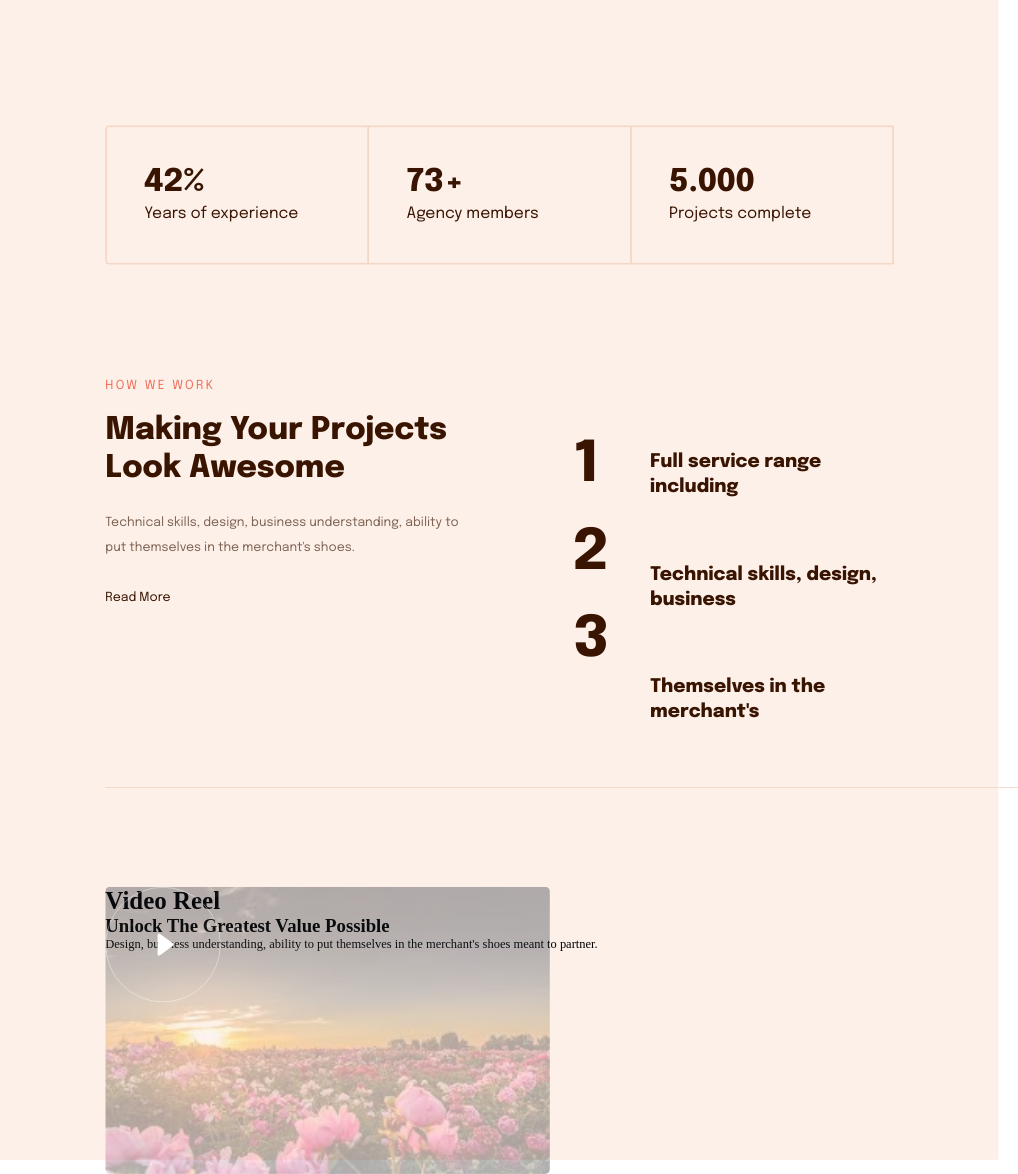
Repository: AytacJafarova/task2
Page: index.html
An editor plug-in stored every save of this project. The page is shown before and after the next save, followed by the edit.
The browser window is 1280 px wide. The page is 1305 px wide, so the pictures cover 1305 px, including what lies to the right of the window. The pictures show the whole page, at 78% of full size.

Above is the page before, as saved 2023-08-01 14:04:51.

After the next save:
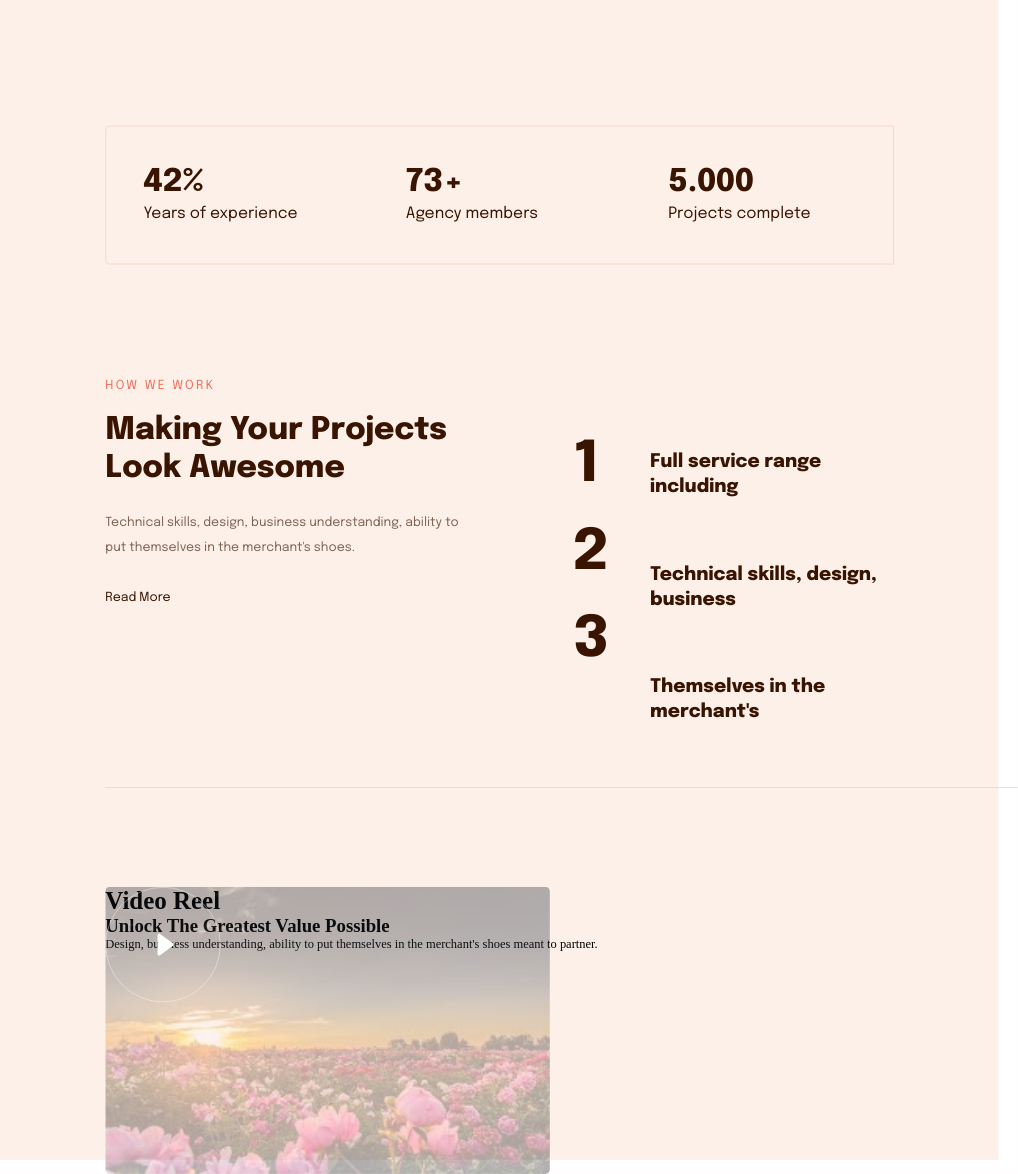
Saved 24 s later.
--- a/index.css
+++ b/index.css
@@ -18,7 +18,7 @@
     flex-direction: column;
     justify-content: center;
     list-style-type: none;
-border: 1px solid #F3D1BF;
+/* border: 1px solid #F3D1BF; */
 width: 33.33%;
 /* background-color: red; */
 height: 176px;
